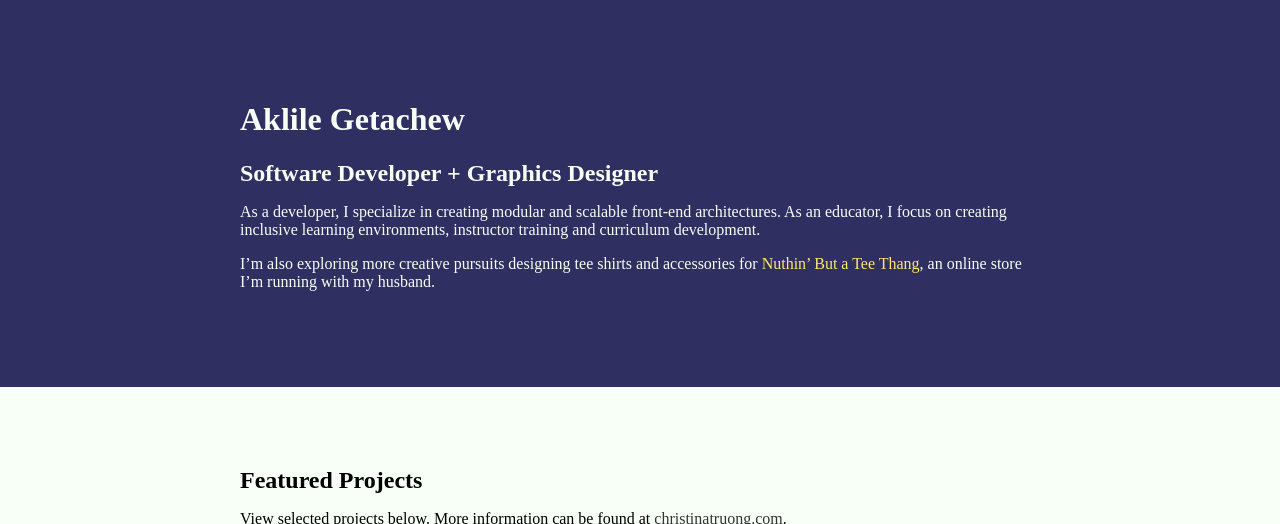
Repository: Aklilegetachew/my-Portfolio
Page: index.html
An editor plug-in stored every save of this project. The page is shown before and after the next save, followed by the edit.
The browser window is 1280 px wide. The pictures show the part of the page from y = 0 to 524 px (the page is 3603 px tall before and 3789 px after).
A picture or video elsewhere on the page could not be fetched, so the positions and the page height are approximate.

Above is the page before, as saved 2021-11-23 12:06:02.

After the next save:
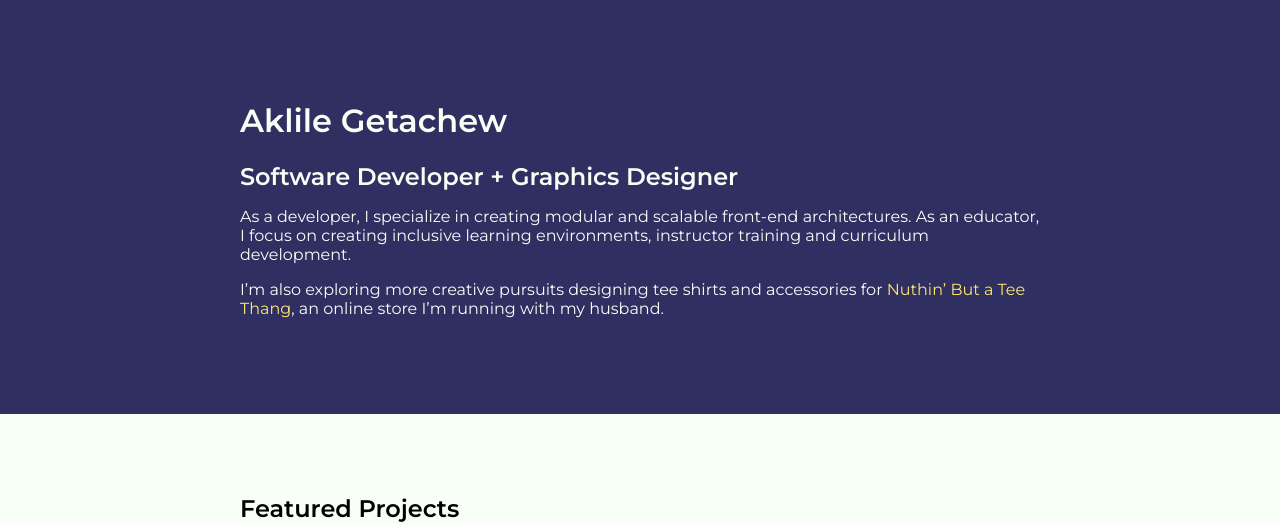
Saved 59 min 41 s later.
--- a/css/styles.css
+++ b/css/styles.css
@@ -20,9 +20,13 @@
 body{
     margin: 0;
     padding: 0;
+    font-family: 'Montserrat', sans-serif;
 }
 h2{
     margin: 0;
+}
+h1, h2 {
+    font-family: font-family: 'Caveat', cursive;
 }
 .content-wrap{
     width: 800px;
